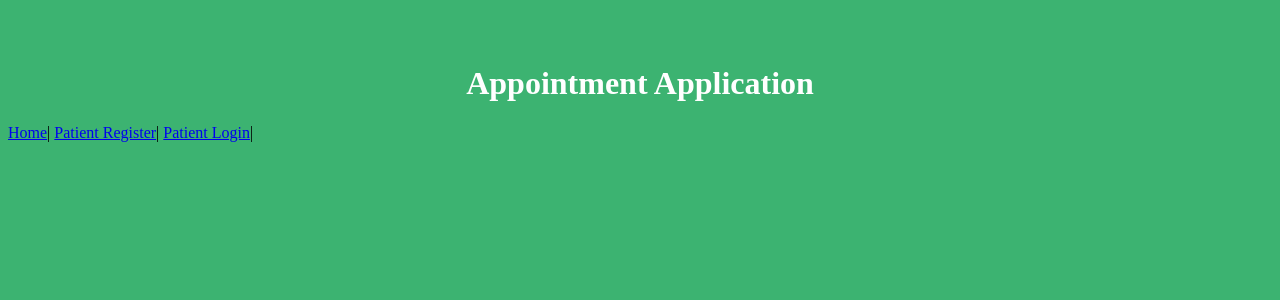
Repository: lsamirl/Exemples
Page: Doctor/WebContent/index.html
These files come from the project's save history. The page is drawn as it stood at one moment and after the next save; the edit follows.
The browser window is 1280 px wide. The pictures show the whole page.

Above is the page before, as saved 2021-06-29 01:18:29.

### Doctor/WebContent/index.html
<html>
<body bgcolor="MediumSeaGreen ">
<br><br>
<h1 align="center" style="color:white;">Appointment Application</h1>

<table>
<a href="index.html">Home</a>|
<a href="Patient_register.html">Patient Register</a>|
<a href="Patient_login.html">Patient Login</a>|

</table>
</body>
</html>

After the next save:
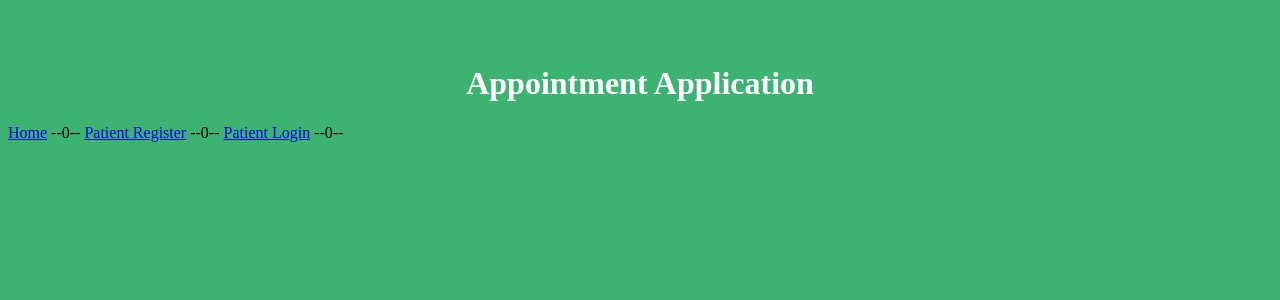
Saved 7 min 0 s later.
--- a/Doctor/WebContent/index.html
+++ b/Doctor/WebContent/index.html
@@ -4,9 +4,9 @@
 <h1 align="center" style="color:white;">Appointment Application</h1>
 
 <table>
-<a href="index.html">Home</a>|
-<a href="Patient_register.html">Patient Register</a>|
-<a href="Patient_login.html">Patient Login</a>|
+<a href="index.html">Home</a> --0--
+<a href="Patient_register.html">Patient Register</a> --0--
+<a href="Patient_login.html">Patient Login</a> --0--
 
 </table>
 </body>
